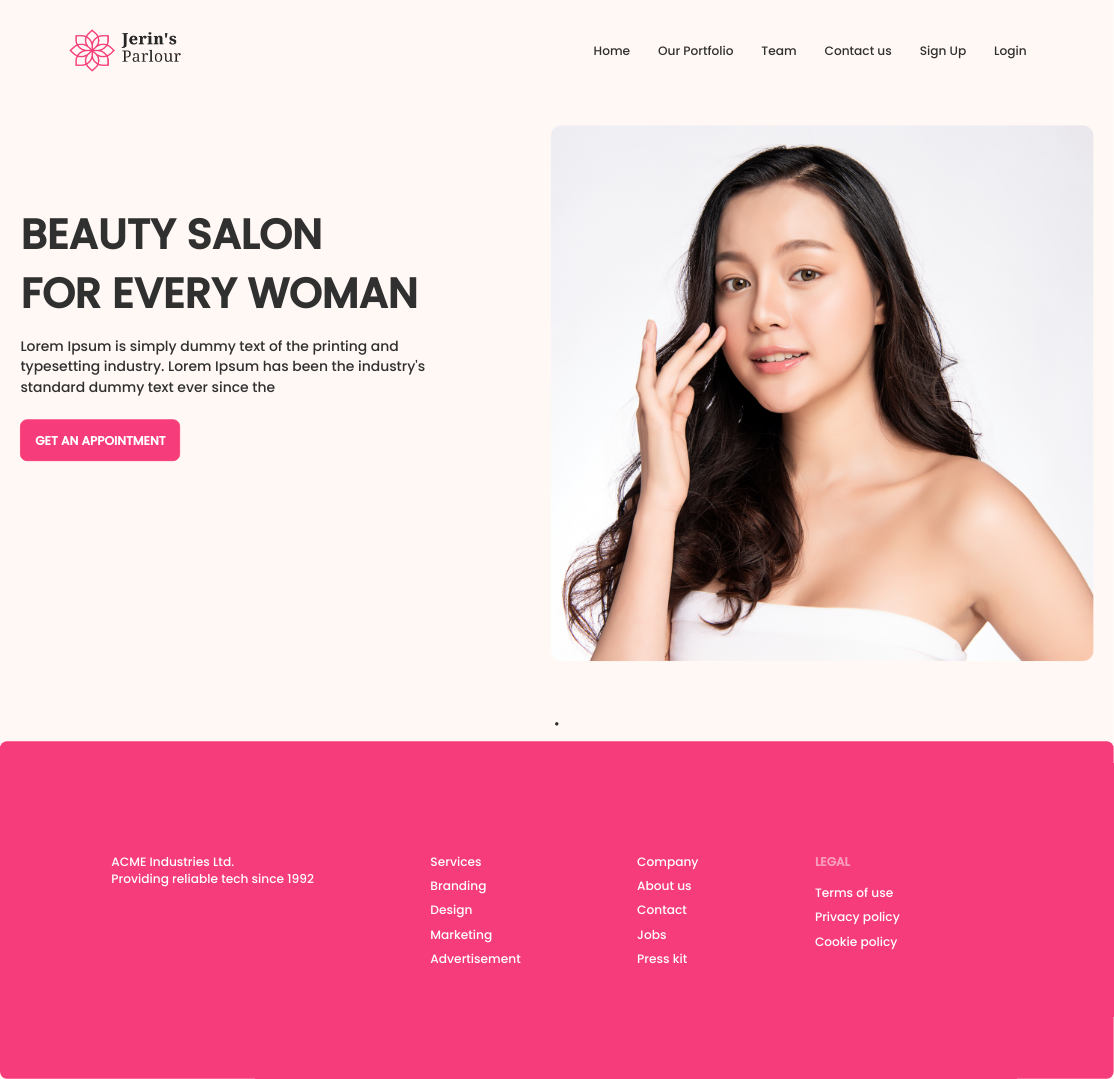
Repository: Wahid137/jerins-parlour-client
Page: /
The author's editor kept a copy of each file at every save. The page is drawn from the files as they stood at one save, then again after the next save.
The browser window is 1280 px wide. The pictures show the whole page, at 87% of full size.
The page's requests for data from a server got no answer. The project was rebuilt for these pictures with package versions that can differ from the ones it lists, and the page was loaded fresh each time. No one was signed in, and anything a server would have sent is missing. Also part of the build but not shown: src/App.css, src/Pages/Home/Services/ServicesCard.js.

Above is the page before, as saved 2023-07-16 03:44:22.

After the next save:
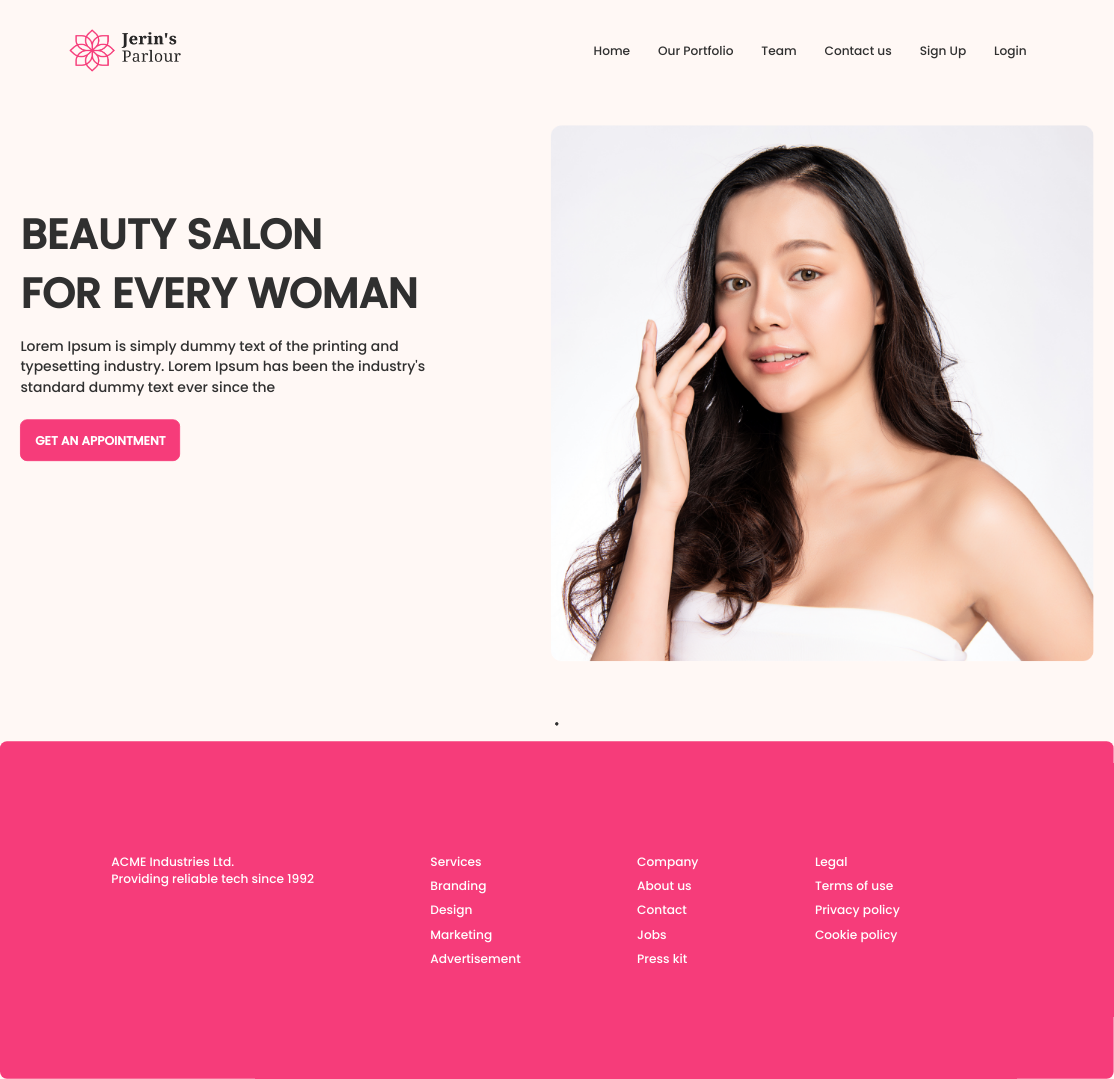
Saved 15 s later.
--- a/src/Shared/Footer/Footer.js
+++ b/src/Shared/Footer/Footer.js
@@ -22,7 +22,7 @@ const Footer = () => {
                 <a href="/" className="link link-hover">Press kit</a>
             </div>
             <div>
-                <span className="footer-title">Legal</span>
+                <span className="">Legal</span>
                 <a href="/" className="link link-hover">Terms of use</a>
                 <a href="/" className="link link-hover">Privacy policy</a>
                 <a href="/" className="link link-hover">Cookie policy</a>
